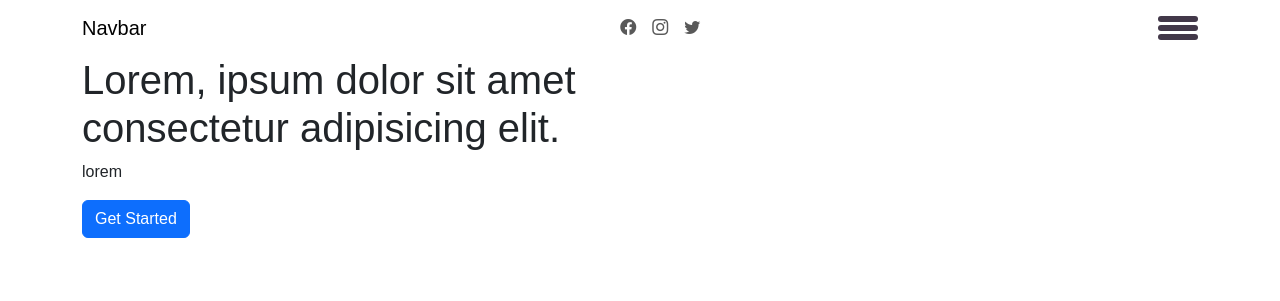
Repository: tagnam/project27012025
Page: index.html
These files come from the project's save history. The page is drawn as it stood at one moment and after the next save; the edit follows.
The browser window is 1280 px wide. The pictures show the whole page.

Above is the page before, as saved 2025-01-27 13:49:16.

### index.html
<!DOCTYPE html>
<html lang="en">
<head>
    <meta charset="UTF-8">
    <meta name="viewport" content="width=device-width, initial-scale=1.0">
    <link href="https://cdn.jsdelivr.net/npm/bootstrap@5.3.3/dist/css/bootstrap.min.css" rel="stylesheet" integrity="sha384-QWTKZyjpPEjISv5WaRU9OFeRpok6YctnYmDr5pNlyT2bRjXh0JMhjY6hW+ALEwIH" crossorigin="anonymous">
    <link rel="stylesheet" href="style/css/index.css">
    <link rel="stylesheet" href="style/css/animation.css">
    <link rel="stylesheet" href="style/css/responsive.css">
    <title>project27012025</title>
</head>
<body>
<header>
    <!-- --------------------------------------------start nav bar ------------------------------->
    <nav class="navbar navbar-expand-lg ">
        <div class="container">


          <div class="collapse navbar-collapse justify-content-between" id="navbarSupportedContent">
            <a class="navbar-brand" href="#">Navbar</a>
            <ul class="navbar-nav  ">

              <li class="nav-item">
                <a class="nav-link" href="#"><i class="bi bi-facebook"></i></a>
              </li>
              <li class="nav-item">
                <a class="nav-link" href="#"><i class="bi bi-instagram"></i></a>
              </li>
              <li class="nav-item">
                <a class="nav-link" href="#"><i class="bi bi-twitter"></i></a>
              </li>

            </ul>
            <div class="d-flex">
               <div class="menu-container">
                <span class="span-menu-01 menu-icon"></span>
                <span class="span-menu-02 menu-icon"></span>
                <span class="span-menu-03 menu-icon"></span>
            </div>
            </div>
          </div>
        </div>
      </nav>
      <!------------------------------------------------ end navbar ----------------------------->
      <section class="container">
        <div class="row">
            <div class="col-lg-6">
                <div class="content">
                    <h1>Lorem, ipsum dolor sit amet consectetur adipisicing elit.</h1>
                    <p>lorem</p>
                    <button class="btn btn-primary">Get Started</button>
                </div>
            </div>
            <div class="col-lg-6"></div>
        </div>
      </section>

</header>




<script src="https://cdn.jsdelivr.net/npm/bootstrap@5.3.3/dist/js/bootstrap.bundle.min.js" integrity="sha384-YvpcrYf0tY3lHB60NNkmXc5s9fDVZLESaAA55NDzOxhy9GkcIdslK1eN7N6jIeHz" crossorigin="anonymous"></script>
<script src="style/js/custom.js"></script>
</body>
</html>

### style/css/index.css
@import url("https://cdn.jsdelivr.net/npm/bootstrap-icons@1.11.3/font/bootstrap-icons.min.css");

*{
 margin: 0;
padding: 0;
box-sizing: border-box;
}

:root{
    --dark-color:#423849;
    --semi-dark-color:#b46ee0;
    --light-color:#d287d4;
    --main-heading-font-size: 2.5rem;
    --subheading-font-size: 1.5rem;
    --paragraph-font-size: 1rem;

}


body{
    font-family: 'Poppins', sans-serif;


}

.menu-icon{
    display: block;
    width: 40px;
    height: 6px;
    background-color: var(--dark-color);
    margin: 3px auto;
    border-radius: 20px;
    cursor: pointer;
}

Loaded but not shown: style/js/custom.js (no copy from this time; the picture is the same without it); style/css/animation.css (no stored copy; drawn as an empty file); style/css/responsive.css (no stored copy; drawn as an empty file)

After the next save:
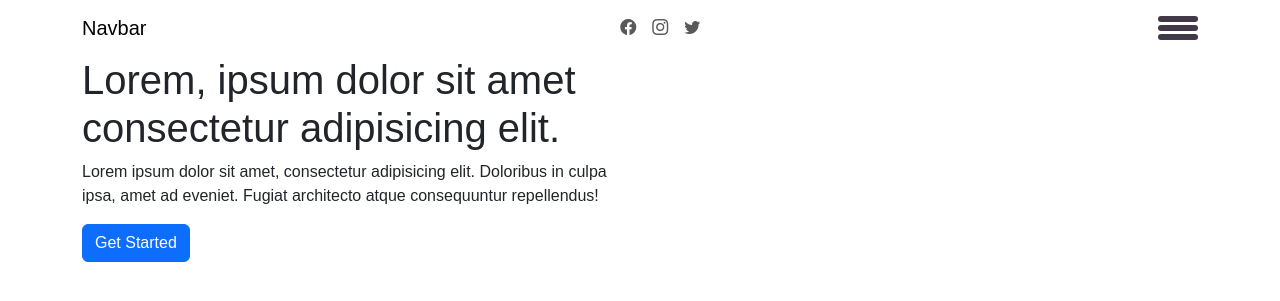
Saved 6 s later.
--- a/index.html
+++ b/index.html
@@ -47,7 +47,7 @@
             <div class="col-lg-6">
                 <div class="content">
                     <h1>Lorem, ipsum dolor sit amet consectetur adipisicing elit.</h1>
-                    <p>lorem</p>
+                    <p>Lorem ipsum dolor sit amet, consectetur adipisicing elit. Doloribus in culpa ipsa, amet ad eveniet. Fugiat architecto atque consequuntur repellendus!</p>
                     <button class="btn btn-primary">Get Started</button>
                 </div>
             </div>
